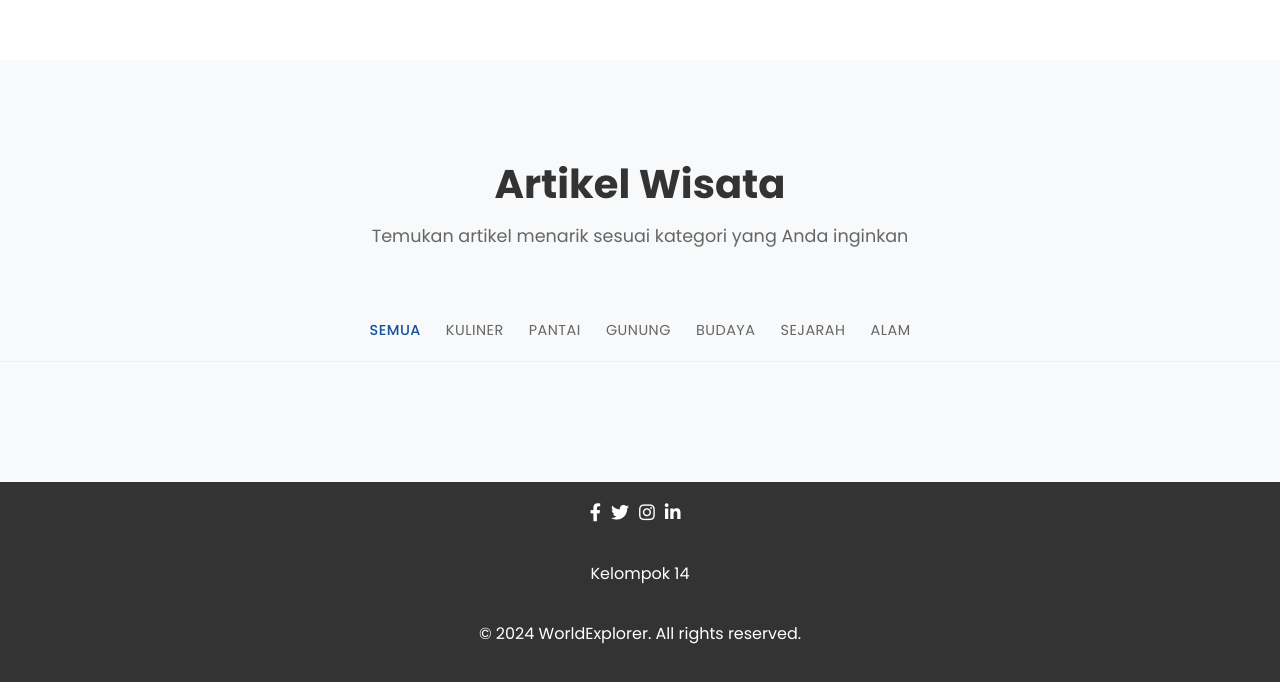
Repository: jalssonn/UAS_FRONTEND_NEW
Page: frontend/index.html
These files come from the project's save history. The page is drawn as it stood at one moment and after the next save; the edit follows.
The browser window is 1280 px wide. The pictures show the part of the page from y = 3750 to 4432 px (the page is 4432 px tall before and 4392 px after).
A picture or video elsewhere on the page could not be fetched, so the positions and the page height are approximate. The page's requests for data from a server got no answer.

Above is the page before, as saved 2024-12-06 04:14:13.

After the next save:
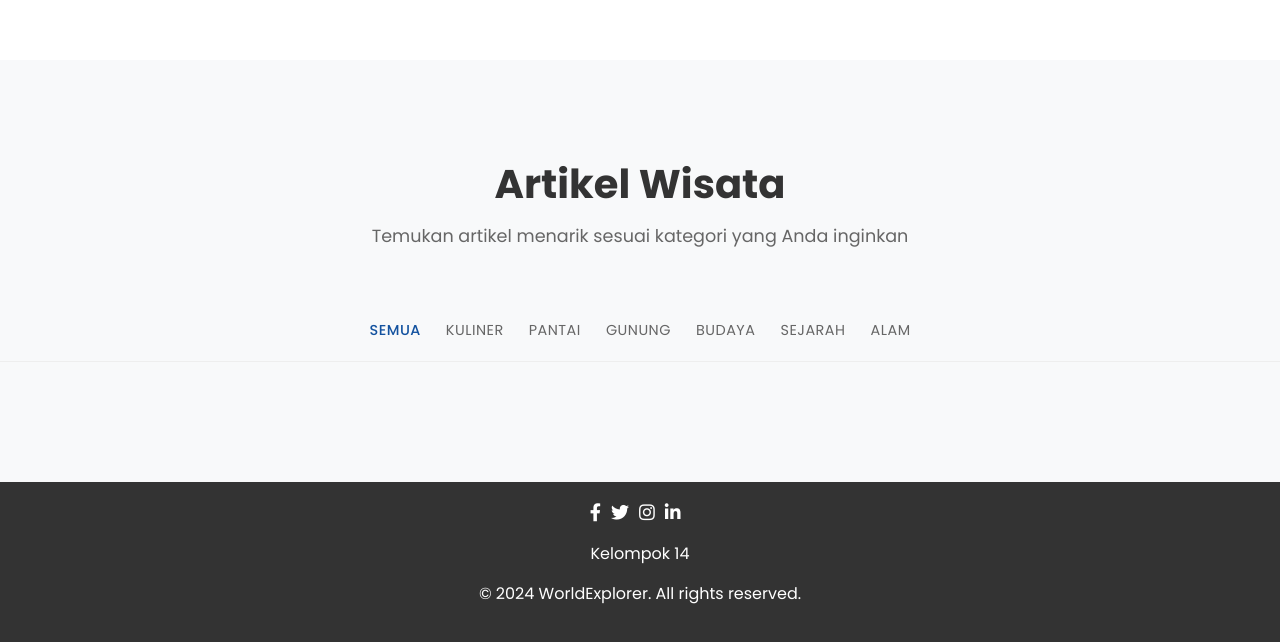
Saved 13 s later.
--- a/frontend/styles/main.css
+++ b/frontend/styles/main.css
@@ -920,7 +920,6 @@ body, html {
     position: relative;
     bottom: 0;
     width: 100%;
-    padding: 20px 0;
     background-color: #333;
     text-align: center;
     color: #fff;
